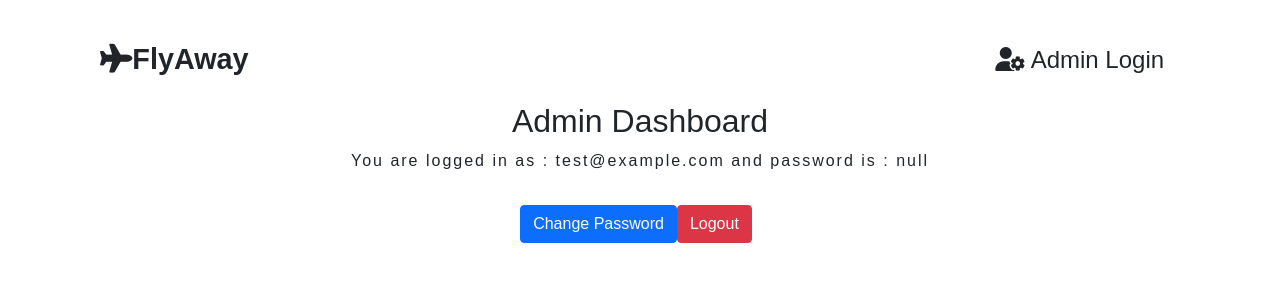
Repository: Niks4u2/FlyAway
Page: http://localhost/flyaway/dashboard.jsp
These files come from the project's save history. The page is drawn as it stood at one moment and after the next save; the edit follows.
The browser window is 1280 px wide. The pictures show the whole page.
Some web fonts or font styles are not loaded; a fallback is used. Some web libraries are served in a nearby version. The page is served by Tomcat 10. The session is filled in as if someone had signed in: {"email": "test@example.com"}. Other server files are loaded and not shown.

Above is the page before, as saved 2021-09-26 07:37:43.

### Source Code/flyaway/src/main/webapp/dashboard.jsp
<%@ page language="java" contentType="text/html; charset=ISO-8859-1"
    pageEncoding="ISO-8859-1"%>
<!DOCTYPE html>
<html>

<head>
    <meta charset="utf-8">
    <meta name="viewreport" content="width=device-width, initial-scale=1.0">
    <title>FlyAway</title>
    <link href="https://cdn.jsdelivr.net/npm/bootstrap@5.0.2/dist/css/bootstrap.min.css" rel="stylesheet" integrity="sha384-EVSTQN3/azprG1Anm3QDgpJLIm9Nao0Yz1ztcQTwFspd3yD65VohhpuuCOmLASjC" crossorigin="anonymous">
	<script src="https://cdn.jsdelivr.net/npm/bootstrap@5.0.2/dist/js/bootstrap.bundle.min.js" integrity="sha384-MrcW6ZMFYlzcLA8Nl+NtUVF0sA7MsXsP1UyJoMp4YLEuNSfAP+JcXn/tWtIaxVXM" crossorigin="anonymous"></script>
    <link href="https://fonts.googleapis.com/css?family=Raleway&display=swap" rel="stylesheet" />
    <script src="https://kit.fontawesome.com/92e9dde9ec.js" crossorigin="anonymous"></script>
    <style>
        body {
            margin: 0;
            padding: 0;
            background: #fff;
            font-family: 'Raleway', sans-serif;
            color: #fff;
        }

        .banner {
            height: 100vh;
            width: 100%;
        }

        .banner .navbar {
            margin-top: 2%;
        }

        .banner .navbar-brand {
            color: #fff;
            font-size: 1.8em;
            font-weight: 700;
            margin-left: 7%;
        }

        .banner .nav {
            margin-right: 7%;
        }

        .banner .nav li a {
            color: #aaa;
            font-size: 1.5em;
        }

        .banner p {
            font-weight: 500;
            letter-spacing: 2px;
        }

        .login {
            margin-left: 50%;
        }
    </style>
</head>

<body>
	<%
	if(session.getAttribute("email") == null)
		response.sendRedirect("login.jsp");
	%>
    <div class="container-fluid banner justify-content-center align-items-center">
        <div class="row g-2">
            <div class="col-md-12">
                <nav class="navbar navbar-md">
                    <div class="navbar-brand text-dark"><i class="fas fa-plane"></i>FlyAway</div>
                    <ul class="nav">
                        <li class="nav-item">
                            <a class="nav-link text-dark" href="#"><i class="fas fa-user-cog"></i> Admin Login</a>
                        </li>
                    </ul>
                </nav>
            </div>
            <div class="col-md-12 text-center text-dark">
                <h2>
                    Admin Dashboard
                </h2>
                <p>You are logged in as : <%= session.getAttribute("email") %> and password is : <%= session.getAttribute("password") %> </p>
            </div>
			<div class="row g-2">
            <div class="col-md-12 d-flex justify-content-center">
                <button class="btn btn-primary">Change Password</button>
                <a href="LogoutServlet"><button class="btn btn-danger">Logout</button></a>
            </div>
			</div>
        </div>
    </div>
</body>

</html>

After the next save:
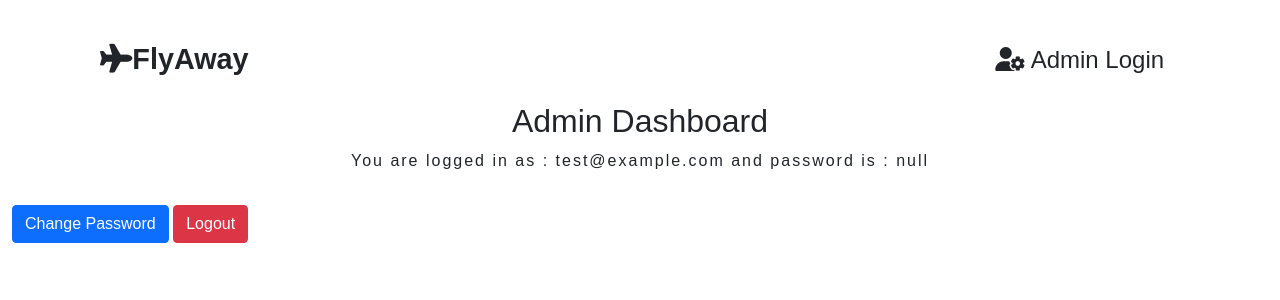
Saved 25 s later.
--- a/Source Code/flyaway/src/main/webapp/dashboard.jsp
+++ b/Source Code/flyaway/src/main/webapp/dashboard.jsp
@@ -80,7 +80,7 @@
                 <p>You are logged in as : <%= session.getAttribute("email") %> and password is : <%= session.getAttribute("password") %> </p>
             </div>
 			<div class="row g-2">
-            <div class="col-md-12 d-flex justify-content-center">
+            <div class="col-md-12">
                 <button class="btn btn-primary">Change Password</button>
                 <a href="LogoutServlet"><button class="btn btn-danger">Logout</button></a>
             </div>
